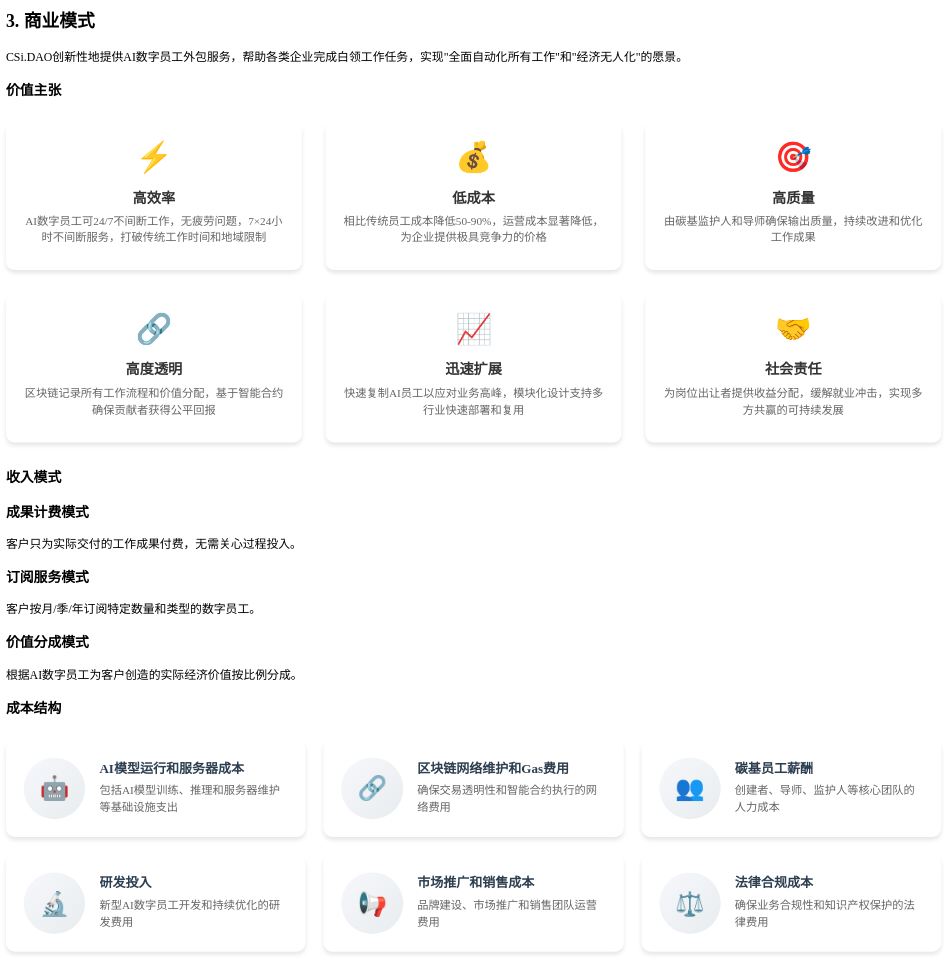
Repository: delez911/ainize
Page: static-site/src/components/business/business.html
The author's editor kept a copy of each file at every save. The page is drawn from the files as they stood at one save, then again after the next save.
The browser window is 1280 px wide. The pictures show the whole page, at 74% of full size.

Above is the page before, as saved 2025-04-24 07:02:03.

### static-site/src/components/business/business.html
<section id="business" class="section">
  <div class="section-container">
    <h2 class="section-title">3. 商业模式</h2>
    <div class="content">
      <p>CSi.DAO创新性地提供AI数字员工外包服务，帮助各类企业完成白领工作任务，实现"全面自动化所有工作"和"经济无人化"的愿景。</p>

      <h3>价值主张</h3>
      <div class="value-propositions">
        <div class="value-item">
          <div class="value-icon">⚡</div>
          <h4>高效率</h4>
          <p>AI数字员工可24/7不间断工作，无疲劳问题，7×24小时不间断服务，打破传统工作时间和地域限制</p>
        </div>
        <div class="value-item">
          <div class="value-icon">💰</div>
          <h4>低成本</h4>
          <p>相比传统员工成本降低50-90%，运营成本显著降低，为企业提供极具竞争力的价格</p>
        </div>
        <div class="value-item">
          <div class="value-icon">🎯</div>
          <h4>高质量</h4>
          <p>由碳基监护人和导师确保输出质量，持续改进和优化工作成果</p>
        </div>
        <div class="value-item">
          <div class="value-icon">🔗</div>
          <h4>高度透明</h4>
          <p>区块链记录所有工作流程和价值分配，基于智能合约确保贡献者获得公平回报</p>
        </div>
        <div class="value-item">
          <div class="value-icon">📈</div>
          <h4>迅速扩展</h4>
          <p>快速复制AI员工以应对业务高峰，模块化设计支持多行业快速部署和复用</p>
        </div>
        <div class="value-item">
          <div class="value-icon">🤝</div>
          <h4>社会责任</h4>
          <p>为岗位出让者提供收益分配，缓解就业冲击，实现多方共赢的可持续发展</p>
        </div>
      </div>

      <h3>收入模式</h3>
      <div class="card-container">
        <div class="card">
          <h3>成果计费模式</h3>
          <p>客户只为实际交付的工作成果付费，无需关心过程投入。</p>
        </div>
        <div class="card">
          <h3>订阅服务模式</h3>
          <p>客户按月/季/年订阅特定数量和类型的数字员工。</p>
        </div>
        <div class="card">
          <h3>价值分成模式</h3>
          <p>根据AI数字员工为客户创造的实际经济价值按比例分成。</p>
        </div>
      </div>

      <h3>成本结构</h3>
      <div class="cost-structure">
        <div class="cost-item">
          <div class="cost-icon">🤖</div>
          <div class="cost-content">
            <h4>AI模型运行和服务器成本</h4>
            <p>包括AI模型训练、推理和服务器维护等基础设施支出</p>
          </div>
        </div>
        <div class="cost-item">
          <div class="cost-icon">🔗</div>
          <div class="cost-content">
            <h4>区块链网络维护和Gas费用</h4>
            <p>确保交易透明性和智能合约执行的网络费用</p>
          </div>
        </div>
        <div class="cost-item">
          <div class="cost-icon">👥</div>
          <div class="cost-content">
            <h4>碳基员工薪酬</h4>
            <p>创建者、导师、监护人等核心团队的人力成本</p>
          </div>
        </div>
        <div class="cost-item">
          <div class="cost-icon">🔬</div>
          <div class="cost-content">
            <h4>研发投入</h4>
            <p>新型AI数字员工开发和持续优化的研发费用</p>
          </div>
        </div>
        <div class="cost-item">
          <div class="cost-icon">📢</div>
          <div class="cost-content">
            <h4>市场推广和销售成本</h4>
            <p>品牌建设、市场推广和销售团队运营费用</p>
          </div>
        </div>
        <div class="cost-item">
          <div class="cost-icon">⚖️</div>
          <div class="cost-content">
            <h4>法律合规成本</h4>
            <p>确保业务合规性和知识产权保护的法律费用</p>
          </div>
        </div>
      </div>
    </div>
  </div>
</section>

<style>
.value-propositions {
  display: grid;
  grid-template-columns: repeat(auto-fit, minmax(300px, 1fr));
  gap: 2rem;
  margin: 2rem 0;
}

.value-item {
  background: white;
  border-radius: 12px;
  padding: 1.5rem;
  box-shadow: 0 4px 6px rgba(0, 0, 0, 0.1);
  transition: transform 0.3s ease, box-shadow 0.3s ease;
  text-align: center;
}

.value-item:hover {
  transform: translateY(-5px);
  box-shadow: 0 8px 12px rgba(0, 0, 0, 0.15);
}

.value-icon {
  font-size: 2.5rem;
  margin-bottom: 1rem;
}

.value-item h4 {
  color: #333;
  margin: 0.5rem 0;
  font-size: 1.2rem;
  font-weight: 600;
}

.value-item p {
  color: #666;
  margin: 0.5rem 0;
  font-size: 0.95rem;
  line-height: 1.5;
}

@media (max-width: 768px) {
  .value-propositions {
    grid-template-columns: 1fr;
  }
}

.cost-structure {
  display: grid;
  grid-template-columns: repeat(auto-fit, minmax(300px, 1fr));
  gap: 1.5rem;
  margin: 2rem 0;
}

.cost-item {
  background: white;
  border-radius: 12px;
  padding: 1.5rem;
  display: flex;
  align-items: flex-start;
  gap: 1.2rem;
  box-shadow: 0 4px 6px rgba(0, 0, 0, 0.1);
  transition: transform 0.3s ease, box-shadow 0.3s ease;
}

.cost-item:hover {
  transform: translateY(-5px);
  box-shadow: 0 8px 15px rgba(0, 0, 0, 0.1);
}

.cost-icon {
  font-size: 2rem;
  background: linear-gradient(135deg, #f6f8fc, #e9ecef);
  padding: 0.8rem;
  border-radius: 50%;
  min-width: 3.6rem;
  height: 3.6rem;
  display: flex;
  align-items: center;
  justify-content: center;
}

.cost-content {
  flex: 1;
}

.cost-content h4 {
  color: #2c3e50;
  margin: 0 0 0.5rem 0;
  font-size: 1.1rem;
  font-weight: 600;
}

.cost-content p {
  color: #666;
  margin: 0;
  font-size: 0.95rem;
  line-height: 1.5;
}

@media (max-width: 768px) {
  .cost-structure {
    grid-template-columns: 1fr;
  }

  .cost-item {
    padding: 1.2rem;
  }
}
</style>

After the next save:
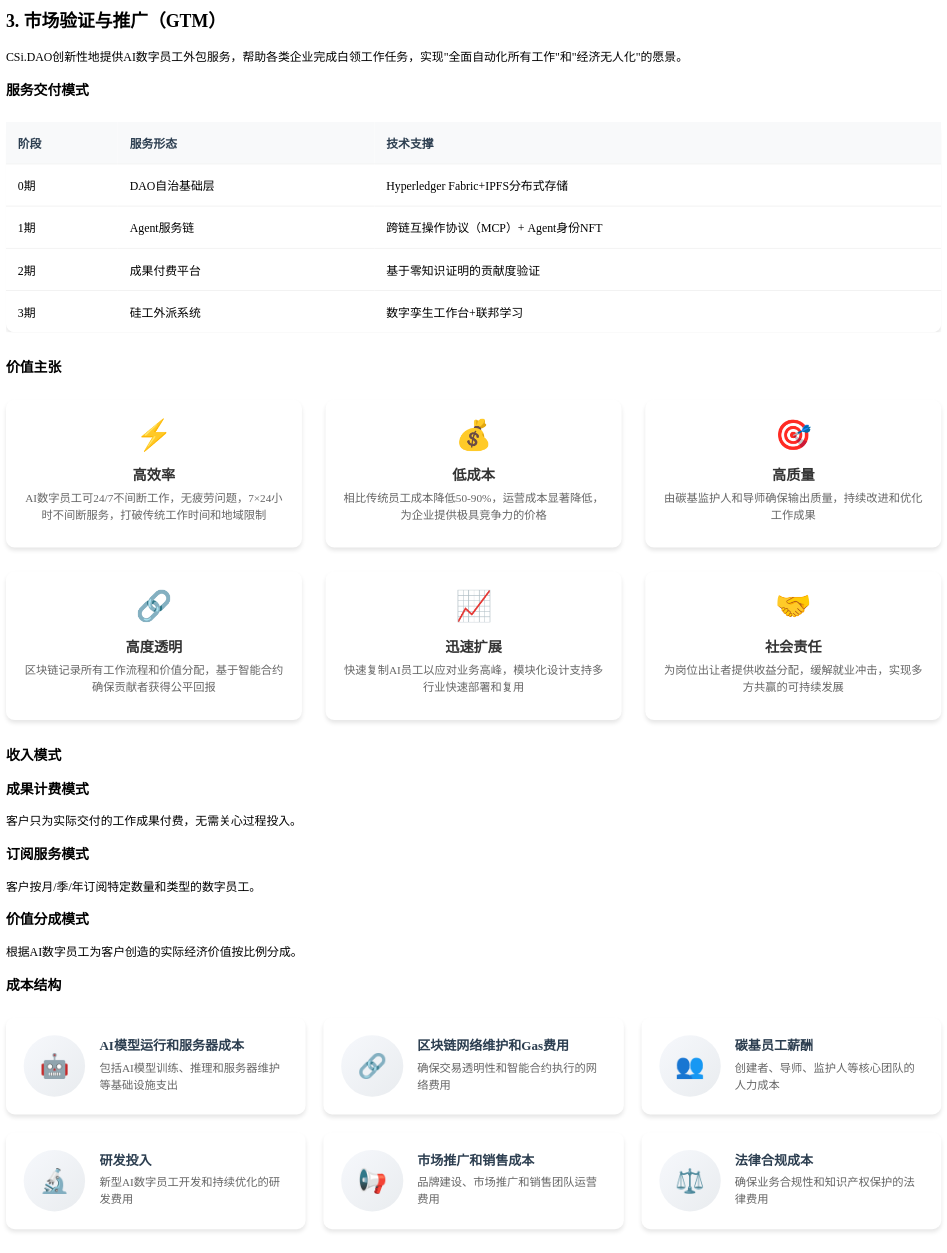
Saved 2 min 39 s later.
--- a/static-site/src/components/business/business.html
+++ b/static-site/src/components/business/business.html
@@ -1,8 +1,43 @@
 <section id="business" class="section">
   <div class="section-container">
-    <h2 class="section-title">3. 商业模式</h2>
+    <h2 class="section-title">3. 市场验证与推广（GTM）</h2>
     <div class="content">
       <p>CSi.DAO创新性地提供AI数字员工外包服务，帮助各类企业完成白领工作任务，实现"全面自动化所有工作"和"经济无人化"的愿景。</p>
+
+      <h3>服务交付模式</h3>
+      <div class="delivery-model">
+        <table>
+          <thead>
+            <tr>
+              <th>阶段</th>
+              <th>服务形态</th>
+              <th>技术支撑</th>
+            </tr>
+          </thead>
+          <tbody>
+            <tr>
+              <td>0期</td>
+              <td>DAO自治基础层</td>
+              <td>Hyperledger Fabric+IPFS分布式存储</td>
+            </tr>
+            <tr>
+              <td>1期</td>
+              <td>Agent服务链</td>
+              <td>跨链互操作协议（MCP）+ Agent身份NFT</td>
+            </tr>
+            <tr>
+              <td>2期</td>
+              <td>成果付费平台</td>
+              <td>基于零知识证明的贡献度验证</td>
+            </tr>
+            <tr>
+              <td>3期</td>
+              <td>硅工外派系统</td>
+              <td>数字孪生工作台+联邦学习</td>
+            </tr>
+          </tbody>
+        </table>
+      </div>
 
       <h3>价值主张</h3>
       <div class="value-propositions">
@@ -212,4 +247,49 @@
     padding: 1.2rem;
   }
 }
+
+.delivery-model {
+  margin: 2rem 0;
+  overflow-x: auto;
+}
+
+.delivery-model table {
+  width: 100%;
+  border-collapse: collapse;
+  background: white;
+  border-radius: 12px;
+  box-shadow: 0 4px 6px rgba(0, 0, 0, 0.1);
+}
+
+.delivery-model th,
+.delivery-model td {
+  padding: 1rem;
+  text-align: left;
+  border-bottom: 1px solid #eee;
+}
+
+.delivery-model th {
+  background: #f8f9fa;
+  font-weight: 600;
+  color: #2c3e50;
+}
+
+.delivery-model tr:last-child td {
+  border-bottom: none;
+}
+
+.delivery-model tr:hover {
+  background: #f8f9fa;
+}
+
+@media (max-width: 768px) {
+  .delivery-model {
+    font-size: 0.9rem;
+  }
+
+  .delivery-model th,
+  .delivery-model td {
+    padding: 0.8rem;
+  }
+}
 </style>

After the save that followed:
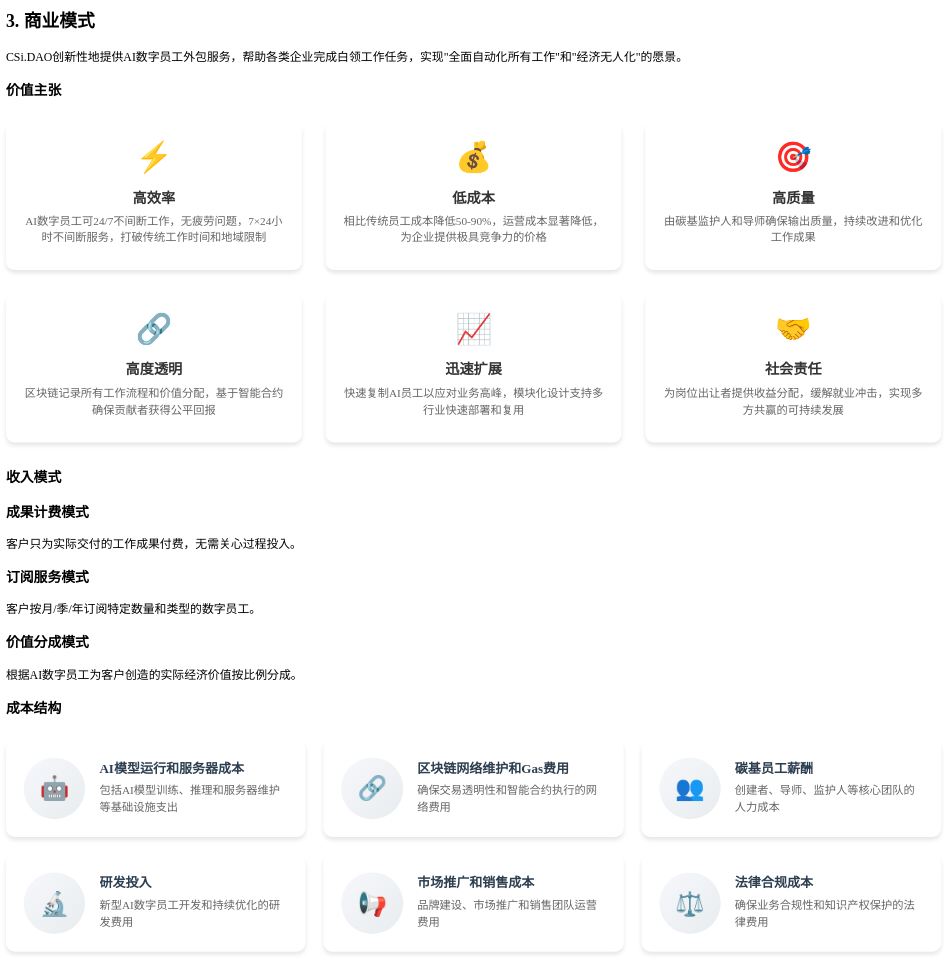
Saved 95 s later.
--- a/static-site/src/components/business/business.html
+++ b/static-site/src/components/business/business.html
@@ -1,43 +1,8 @@
 <section id="business" class="section">
   <div class="section-container">
-    <h2 class="section-title">3. 市场验证与推广（GTM）</h2>
+    <h2 class="section-title">3. 商业模式</h2>
     <div class="content">
       <p>CSi.DAO创新性地提供AI数字员工外包服务，帮助各类企业完成白领工作任务，实现"全面自动化所有工作"和"经济无人化"的愿景。</p>
-
-      <h3>服务交付模式</h3>
-      <div class="delivery-model">
-        <table>
-          <thead>
-            <tr>
-              <th>阶段</th>
-              <th>服务形态</th>
-              <th>技术支撑</th>
-            </tr>
-          </thead>
-          <tbody>
-            <tr>
-              <td>0期</td>
-              <td>DAO自治基础层</td>
-              <td>Hyperledger Fabric+IPFS分布式存储</td>
-            </tr>
-            <tr>
-              <td>1期</td>
-              <td>Agent服务链</td>
-              <td>跨链互操作协议（MCP）+ Agent身份NFT</td>
-            </tr>
-            <tr>
-              <td>2期</td>
-              <td>成果付费平台</td>
-              <td>基于零知识证明的贡献度验证</td>
-            </tr>
-            <tr>
-              <td>3期</td>
-              <td>硅工外派系统</td>
-              <td>数字孪生工作台+联邦学习</td>
-            </tr>
-          </tbody>
-        </table>
-      </div>
 
       <h3>价值主张</h3>
       <div class="value-propositions">
@@ -247,49 +212,4 @@
     padding: 1.2rem;
   }
 }
-
-.delivery-model {
-  margin: 2rem 0;
-  overflow-x: auto;
-}
-
-.delivery-model table {
-  width: 100%;
-  border-collapse: collapse;
-  background: white;
-  border-radius: 12px;
-  box-shadow: 0 4px 6px rgba(0, 0, 0, 0.1);
-}
-
-.delivery-model th,
-.delivery-model td {
-  padding: 1rem;
-  text-align: left;
-  border-bottom: 1px solid #eee;
-}
-
-.delivery-model th {
-  background: #f8f9fa;
-  font-weight: 600;
-  color: #2c3e50;
-}
-
-.delivery-model tr:last-child td {
-  border-bottom: none;
-}
-
-.delivery-model tr:hover {
-  background: #f8f9fa;
-}
-
-@media (max-width: 768px) {
-  .delivery-model {
-    font-size: 0.9rem;
-  }
-
-  .delivery-model th,
-  .delivery-model td {
-    padding: 0.8rem;
-  }
-}
 </style>
